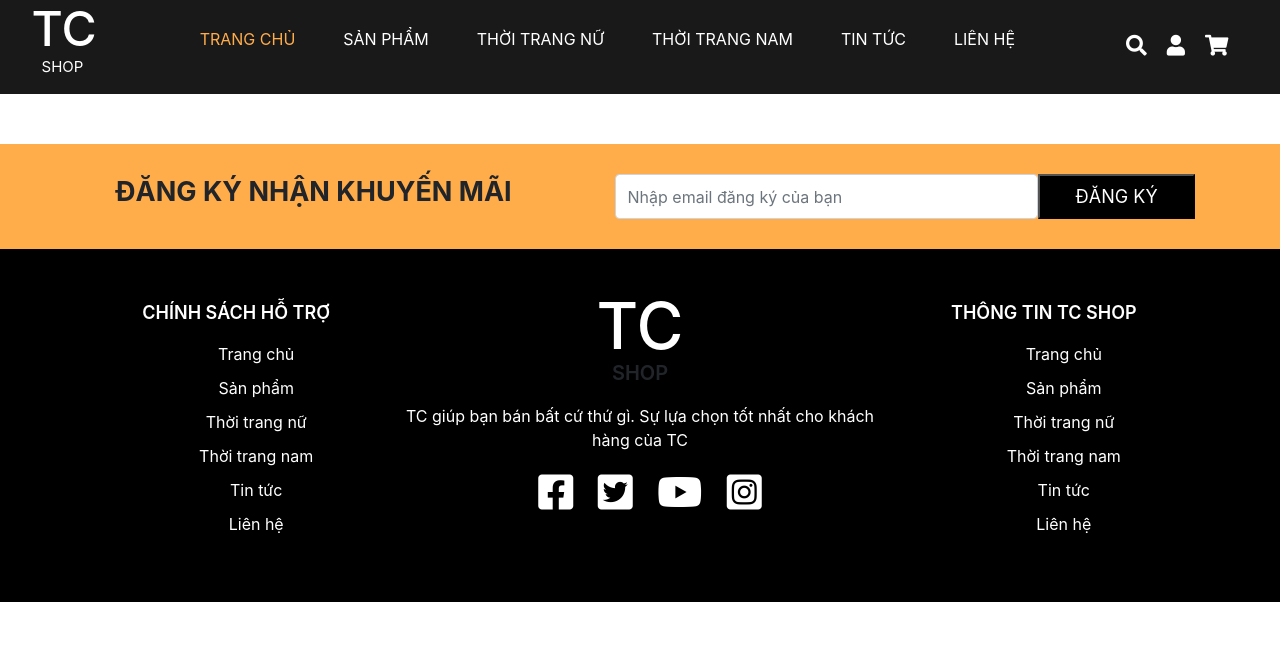
Repository: congthinh1701/TCshop
Page: ThongTinTaiKhoan.html
An editor plug-in stored every save of this project. The page is shown before and after the next save, followed by the edit.
The browser window is 1280 px wide. The pictures show the whole page.

Above is the page before, as saved 2021-09-08 16:32:21.

### ThongTinTaiKhoan.html
<!DOCTYPE html>
<html lang="en">
<head>
    <meta charset="UTF-8">
    <meta http-equiv="X-UA-Compatible" content="IE=edge">
    <meta name="viewport" content="width=device-width, initial-scale=1.0">
    <title>Document</title>
    <link rel="stylesheet" href="fontawesome-free-5.15.4-web/css/all.css">
</head>
<body>
    <div id="headerID"> <!-- your header --> </div>
    <div class="container">
        <div class="trang-tai-khoan">
            <div>

            </div>
        </div>
    </div>
    <div id="footerID"> <!-- your header --> </div>
    <script src="https://cdnjs.cloudflare.com/ajax/libs/jquery/3.6.0/jquery.min.js" integrity="sha512-894YE6QWD5I59HgZOGReFYm4dnWc1Qt5NtvYSaNcOP+u1T9qYdvdihz0PPSiiqn/+/3e7Jo4EaG7TubfWGUrMQ==" crossorigin="anonymous" referrerpolicy="no-referrer"></script>
    <script>
        $("#headerID").load("header.html");
        $("#footerID").load("footer.html");
      </script>
</body>
</html>

### header.html
<!DOCTYPE html>
<html lang="en">
<head>
    <meta charset="UTF-8">
    <meta http-equiv="X-UA-Compatible" content="IE=edge">
    <meta name="viewport" content="width=device-width, initial-scale=1.0">
    <title>Document</title>
    <link rel="stylesheet" href="assets/css/style.css">
    <link rel="stylesheet" href="assets/css/base.css">
    <link rel="stylesheet" href="fontawesome-free-5.15.4-web/css/all.css">
    <link rel="stylesheet" href="https://maxcdn.bootstrapcdn.com/bootstrap/4.1.3/css/bootstrap.min.css">
    <script src="https://maxcdn.bootstrapcdn.com/bootstrap/4.1.3/js/bootstrap.min.js"></script>
</head>
<body>
    <div class="container-lg">
        <div class="nav">
            <label for="nav-mobile-input" class="nav_bars-btn">
                <i class="fas fa-bars"></i>
            </label>

            <input hidden type="checkbox" name="" class="nav_input" id="nav-mobile-input">
            <label for="nav-mobile-input" class="nav_overlay"></label>
            <nav class="nav-mobile">
                <label for="nav-mobile-input" class="nav__mobile-close">
                    <i class="fas fa-times"></i>
                </label>
                <ul class="nav__mobile-list">

                    <li class="nav__mobile-list-user">

                        <p><i class="fas fa-user"></i><a href="#">Đăng nhập</a> <span>/</span> <a href="#">Đăng ký</a>
                        </p>
                    </li>
                    <hr>
                    <li>
                        <a href="" class="nav__mobile-link">TRANG CHỦ</a>
                    </li>
                    <hr>
                    <li>
                        <a href="" class="nav__mobile-link">SẢN PHẨM</a>
                    </li>
                    <hr>
                    <li>
                        <a href="" class="nav__mobile-link">THỜI TRANG NỮ</a>
                    </li>
                    <hr>
                    <li>
                        <a href="" class="nav__mobile-link">THỜI TRANG NAM</a>
                    </li>
                    <hr>
                    <li>
                        <a href="" class="nav__mobile-link">TIN TỨC</a>
                    </li>
                    <hr>
                    <li>
                        <a href="" class="nav__mobile-link">LIÊN HỆ</a>
                    </li>
                </ul>
            </nav>
            <div class="nav-logo">
                <h1>TC</h1>
                <p>SHOP</p>
            </div>
            <nav class="nav-pc">
                <ul class="nav__list">
                    <li>
                        <a style="color:#ffac4b" href="home.html" class="nav__link">TRANG CHỦ</a>
                    </li>
                    <li class="options">
                        <a href="" class="nav__link">SẢN PHẨM</a>
                        <div class="nav__link-options">
                            <ul class="nav__link-options-list">
                                <li><a href="#">Thời trang nữ</a></li>
                                <hr>
                                <li><a href="#">Thời trang nam</a></li>
                                <hr>
                                <li><a href="#">Phụ kiện</a></li>
                                <hr>
                                <li><a href="#">Áo thun nam</a></li>
                                <hr>
                                <li><a href="#">Áo thun nữ</a></li>
                            </ul>
                        </div>
                    </li>
                    <li>
                        <a href="" class="nav__link">THỜI TRANG NỮ</a>
                    </li>
                    <li>
                        <a href="" class="nav__link">THỜI TRANG NAM</a>
                    </li>
                    <li>
                        <a href="" class="nav__link">TIN TỨC</a>
                    </li>
                    <li>
                        <a href="" class="nav__link">LIÊN HỆ</a>
                    </li>
                </ul>
            </nav>
            <div class="nav-right">
                <div class="search">
                    <a href="#"><i class="fas fa-search"></i></a>
                    <div class="search-hover">
                        <form>
                            <input class="search" type="text" name="search" placeholder="Tìm kiếm..." />
                        </form>
                    </div>
                </div>
                <div class="user">
                    <a href="#"> <i class="fas fa-user"></i></a>
                    <div class="user-hover">
                        <ul class="user-hover-list">
                            <li class="nav_link"><a href="#">Đăng nhập</a></li>
                            <li><a href="#">Đăng Ký</a></li>
                        </ul>
                    </div>
                </div>
                <div class="shopping">
                    <a href="card.html"><i class="fas fa-shopping-cart"></i></a>

                </div>
            </div>


        </div>
    </div>
</body>
</html>

### footer.html
<!DOCTYPE html>
<html lang="en">
<head>
    <meta charset="UTF-8">
    <meta http-equiv="X-UA-Compatible" content="IE=edge">
    <meta name="viewport" content="width=device-width, initial-scale=1.0">
    <title>Document</title>
    <link rel="stylesheet" href="assets/css/style.css">
    <link rel="stylesheet" href="assets/css/base.css">
    <link rel="stylesheet" href="fontawesome-free-5.15.4-web/css/all.css">
    <link rel="stylesheet" href="https://maxcdn.bootstrapcdn.com/bootstrap/4.1.3/css/bootstrap.min.css">
    <script src="https://maxcdn.bootstrapcdn.com/bootstrap/4.1.3/js/bootstrap.min.js"></script>
</head>
<body>
    <div class="container-lg" style="background-color: #ffac4b; margin-top: 50px;">
        <div class="container dangky">
            <div class="dangky-left">
                <h3>ĐĂNG KÝ NHẬN KHUYẾN MÃI</h3>
            </div>
            <div class="dangky-right">
                <form>
                    <input class="form-control" type="text" placeholder="Nhập email đăng ký của bạn">
                    <button type="button">ĐĂNG KÝ</button>
                </form>
            </div>
        </div>
    </div>

    <div class="container-lg" style="background-color: black">
        <div class="container footer">
            <div class="chinhsach-hotro">
                <p class="header">CHÍNH SÁCH HỖ TRỢ</p>
                <ul class="nav-list">
                    <li class="nav_link"><a href="#">Trang chủ</a></li>
                    <li class="nav_link"><a href="#">Sản phẩm</a></li>
                    <li class="nav_link"><a href="#">Thời trang nữ</a></li>
                    <li class="nav_link"><a href="#">Thời trang nam</a></li>
                    <li class="nav_link"><a href="#">Tin tức</a></li>
                    <li class="nav_link"><a href="#">Liên hệ</a></li>
                </ul>
            </div>
            <hr>
            <div class="ketnoi-shop">
                <h1>TC</h1>
                <p>SHOP</p>
                <span>TC giúp bạn bán bất cứ thứ gì. Sự lựa chọn tốt nhất cho khách hàng của TC</span>
                <div class="mangxahoi">
                    <a href="#"><i class="fab fa-facebook-square"></i></a>
                    <a href="#"><i class="fab fa-twitter-square"></i></a>
                    <a href="#"><i class="fab fa-youtube"></i></a>
                    <a href="#"><i class="fab fa-instagram-square"></i></a>
                </div>
            </div>
            <hr>
            <div class="thongtin-shop">
                <p class="header">THÔNG TIN TC SHOP</p>
                <ul class="nav-list">
                    <li class="nav_link"><a href="#">Trang chủ</a></li>
                    <li class="nav_link"><a href="#">Sản phẩm</a></li>
                    <li class="nav_link"><a href="#">Thời trang nữ</a></li>
                    <li class="nav_link"><a href="#">Thời trang nam</a></li>
                    <li class="nav_link"><a href="#">Tin tức</a></li>
                    <li class="nav_link"><a href="#">Liên hệ</a></li>
                </ul>
            </div>
        </div>
    </div>
</body>
</html>

### assets/css/base.css
:root{
    --primary-color:#EE4D2D;
    --primary-color-rgba:rgb(238,75,43);
    --white-color:#fff;
    --black-color:#000;
    --text-color:#333333;
    --font-weight:700;
    --font-size-product:19px;
    --font-weight-product:400;
    --font-size-price:18px;
    --header-height:120px;
    --navbar-height:34px;
    --header-with-search-height:calc(var(var(--header-height)-var(var(--navbar-height))))

}

Loaded but not shown: fontawesome-free-5.15.4-web/css/all.css (library); assets/css/style.css (1201 lines, source omitted)

After the next save:
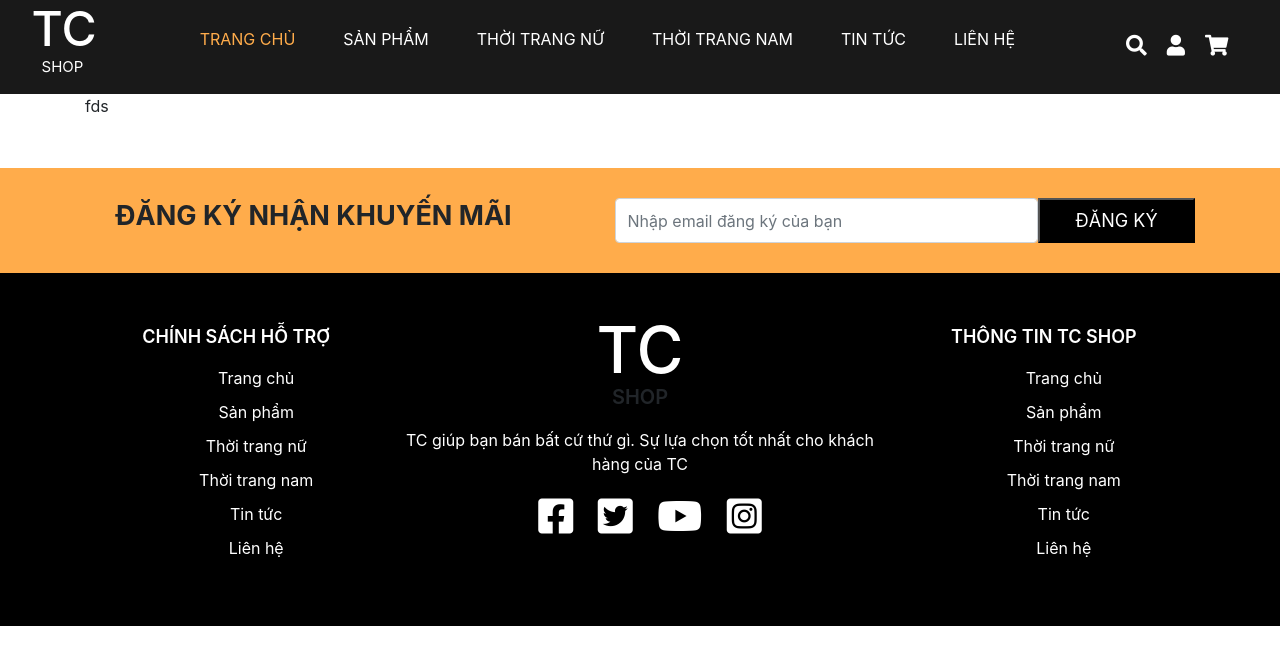
Saved 7 s later.
--- a/ThongTinTaiKhoan.html
+++ b/ThongTinTaiKhoan.html
@@ -12,7 +12,7 @@
     <div class="container">
         <div class="trang-tai-khoan">
             <div>
-
+fds
             </div>
         </div>
     </div>
